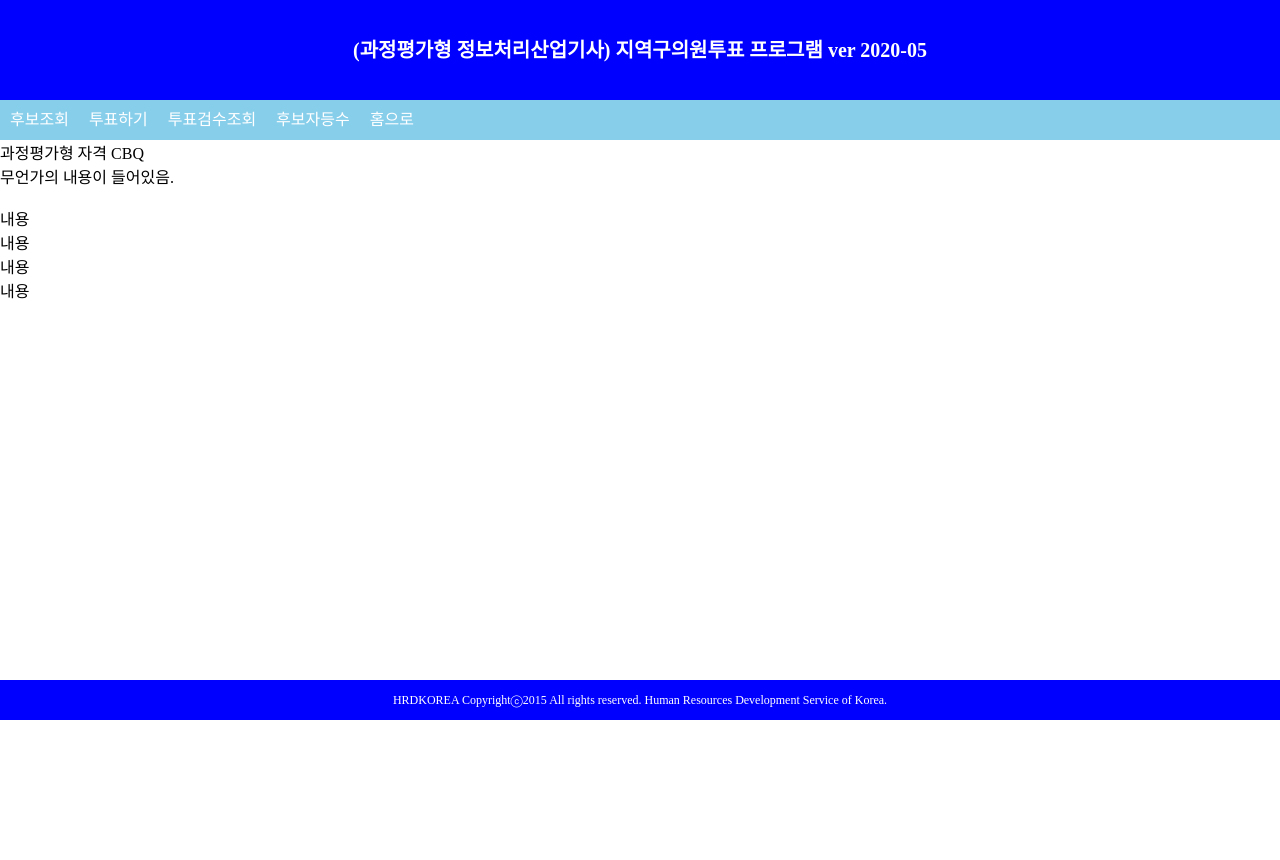
Repository: kayeunae/mvc-pattern
Page: http://localhost/VOTE_1234/
These files come from the project's save history. The page is drawn as it stood at one moment and after the next save; the edit follows.
The browser window is 1280 px wide. The pictures show the whole page.
The page is served by Tomcat 9.

Above is the page before, as saved 2022-12-21 05:20:12.

After the next save:
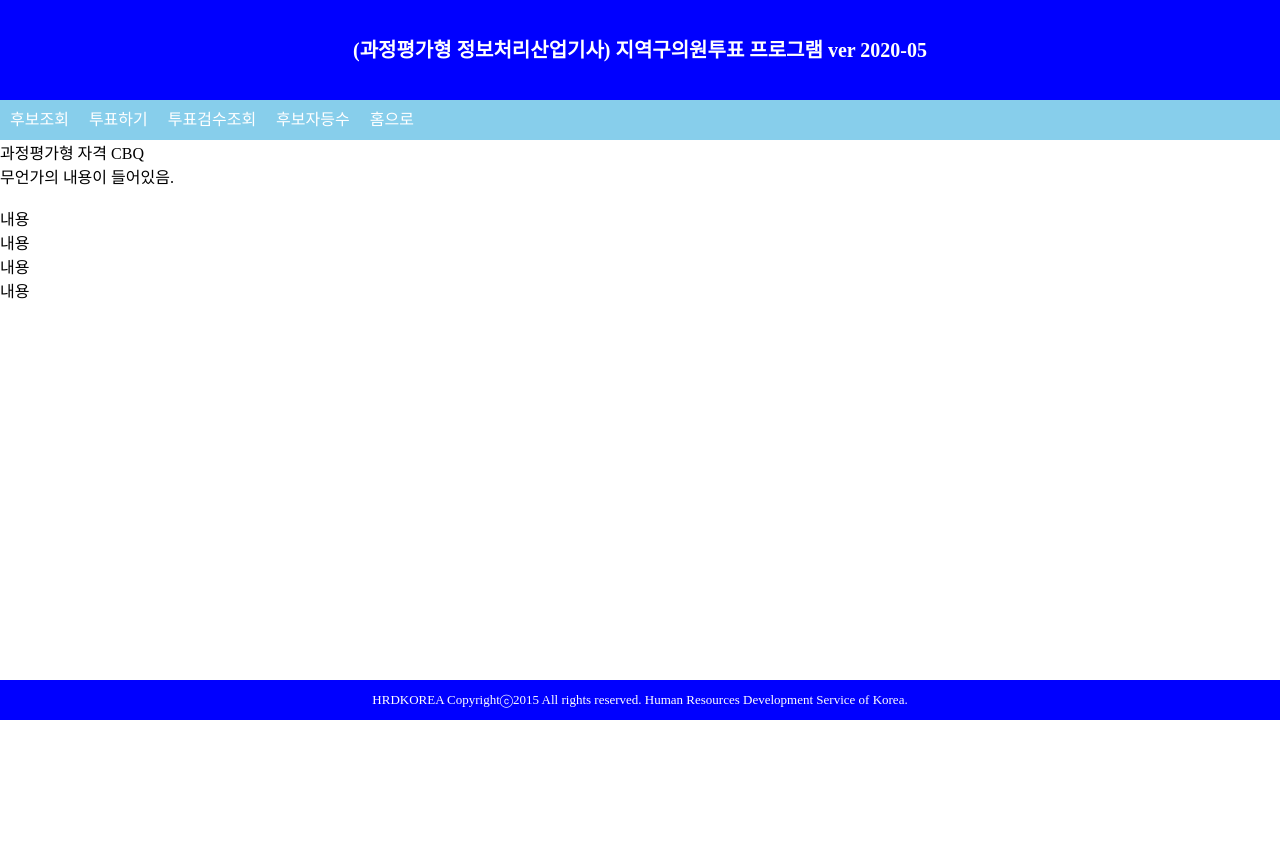
Saved 15 s later.
--- a/VOTE_1234/src/main/webapp/style.css
+++ b/VOTE_1234/src/main/webapp/style.css
@@ -57,5 +57,5 @@
 	background: blue;
 	text-align: center;
 	color: white;
-	font-size: 12px;
+	font-size: 13px;
 }
